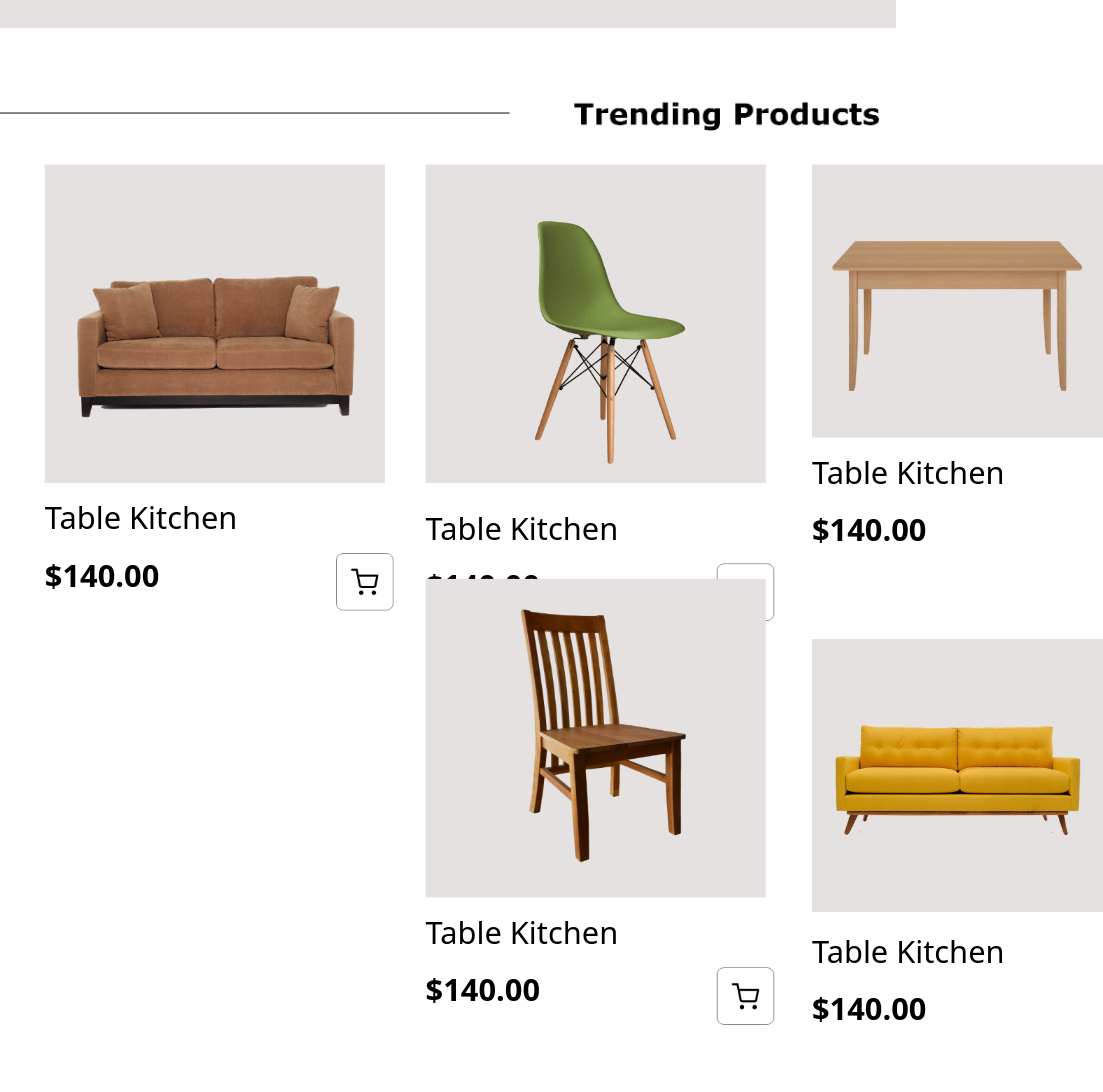
Repository: MEROO1010/creative_home
Page: /
The author's editor kept a copy of each file at every save. The page is drawn from the files as they stood at one save, then again after the next save.
The browser window is 1280 px wide. The page is 1576 px wide, so the pictures cover 1576 px, including what lies to the right of the window. The pictures show the part of the page from y = 2790 to 4350 px (the page is 4350 px tall before and 4297 px after), at 70% of full size.
The project was rebuilt for these pictures with package versions that can differ from the ones it lists, and the page was loaded fresh each time. The framework's server and built-in components were replaced by stand-ins that run in the browser. Also part of the build but not shown: next.config.js.

Above is the page before, as saved 2022-12-14 10:11:01.

### pages/_app.tsx
import '../styles/globals.css'
import type { AppProps } from 'next/app'

export default function App({ Component, pageProps }: AppProps) {
  return <Component {...pageProps} />


}

### pages/index.tsx
import styles from '../styles/Home.module.css'
import Firstsection from '../components/Firstsection'
import Chair_Sofa from '../components/Chair_Sofa'
import SpecialOffer from '../components/SpecialOffer'
import TrendingProducts from '../components/TrendingProducts'



export default function Home() {
  return (
    <div className='overflow-y-auto'>

    <div>
      <Firstsection/>

      <Chair_Sofa/>

      <SpecialOffer/>
      <TrendingProducts/>





    </div>



    </div>

  )
}

### styles/globals.css
@tailwind base;
@tailwind components;
@tailwind utilities;

@font-face {
    font-family: "verdana";
    src: url('../assets/fonts/verdana.ttf');
    font-weight: normal;
    font-style: normal;
  }

  @font-face {
    font-family: "schuyler";
    src: url('../assets/fonts/Schuyler.ttf');
    font-weight: normal;
    font-style: normal;
  }

### components/Firstsection.tsx
import React from 'react'
import Image from 'next/image'
import first_img from '../assets/images/first_img.png'


const firstsection = () => {
  return (
    <div>
      <Image src={first_img} alt={''}/>
    </div>
  )
}

export default firstsection

### components/Chair_Sofa.tsx
import React from 'react'
import Image from 'next/image'

import Title1 from '../assets/images/title1.png'
import righBtn from '../assets/images/btn-r.png'
import leftBtn from '../assets/images/btn-l.png'




const Chair_Sofa = () => {
  return (
    <div className='my-10  pb-32  static '>
     <div className='my-20 py-4'>
     <Image src={Title1} alt={''}/>
     </div>

     <div className=" absolute   	 right-10	     ">
      <Image src={righBtn} alt={''}/>
      <div className="absolute bottom-60   left-40 mx-10 my-28 bg-transparent hover:bg-gray-500 text-white  text-[32px] font-semibold hover:text-white py-2 px-4 border border-white hover:border-transparent rounded w-394 h-82   "><button>View All Products</button></div>
     </div>

     <div className=" absolute left-10  ">
      <Image src={leftBtn} alt={''}/>
      <div className="absolute bottom-60   left-20 mx-16 my-28 bg-transparent hover:bg-gray-500 text-white  text-[32px] font-semibold hover:text-white py-2 px-4 border border-white hover:border-transparent rounded w-394 h-82   "><button>View All Products</button></div>
     </div>

      <div>

      </div>

   </div>
  )
}

export default Chair_Sofa

### components/SpecialOffer.tsx
import React from 'react'
import Image from 'next/image'
import specialOffer from '../assets/images/specialOffer.png'
import sofa2 from '../assets/images/sofa2.png'
import image2 from '../assets/images/img2.png'




const SpecialOffer = () => {
  return (
    <div className='bottom-100'>
      <div className="relative bg-[#E6E1E1]  py-10    my-80  top-80    ">
        <div className=' py-4 my-4 top-20'>
          <Image src={specialOffer} alt=''/>

         </div>

         <div className='  absolute	left-80 ml-80 mt-20 pl-44  '>
          <Image src={sofa2} alt=''/>

         </div>

         <div className='static mt-40 pl-8	'>
          <Image src={image2} alt=''/>
          <button className=' relative bg-transparent hover:bg-red-500 text-[28px] text-red-700 font-semibold hover:text-white py-4 px-8 border border-red-500 hover:border-transparent rounded mx-40 my-50 bottom-40 w-80 h-20'>shop Now</button>
         </div>
    </div>
    </div>
  )
}

export default SpecialOffer

### components/TrendingProducts.tsx
import React from 'react'
import Image from 'next/image'
import Trending_Products from '../assets/images/trending-products.png'
import Shopping from  '../assets/images/shopping-btn.png'
import Tablekitchen from '../assets/images/Table_Kitchen.png'
import chair1 from '../assets/images/Chair No-arms.png'
import brownSofa from '../assets/images/Brown_Chouch.png'
import yellowsofa from '../assets/images/Yellow_Sofa.png'
import woodchair from '../assets/images/Wood_Chair.png'
import modrenchair from '../assets/images/Modern_Sofa.png'



const TrendingProducts = () => {
  return (
    <div>
     <div className='pt-24'>
        <Image src={Trending_Products} alt=''/>
     </div>

     <div >
      {/*table kitchen */}
     <div className=' absolute ml-80 mt-12 pl-80  left-80'>
       <div className='ml-36 pl-14'>
       <Image src={Tablekitchen} alt=''/>
       <h1 className='text-[44px]  mt-4  font-verdana'>Table Kitchen</h1>
       <h1 className='text-[44px]  mt-4  font-verdana font-bold'>$140.00</h1>
       <button className=' relative ml-80 my-4  pl-24 bottom-20 '><Image src={Shopping} alt=''/> </button>
       </div>
     </div>
       {/*chair noe arms */}
     <div className=' absolute ml-28 mt-12 pl-10  left-20'>
       <div className='ml-80 pl-14'>
       <Image src={chair1} alt=''/>
       <h1 className='text-[44px]  mt-4  font-verdana'>Table Kitchen</h1>
       <h1 className='text-[44px]  mt-4  font-verdana font-bold'>$140.00</h1>
       <button className=' relative ml-80 my-4  pl-24 bottom-20 '><Image src={Shopping} alt=''/> </button>
       </div>
     </div>

      {/*brown chouch */}
      <div className='absolute ml-4 mt-12 pl-2  left-70'>
       <div className='ml-10   '>
       <Image src={brownSofa} alt=''/>
       <h1 className='text-[44px]  mt-4  font-verdana'>Table Kitchen</h1>
       <h1 className='text-[44px]  mt-4  font-verdana font-bold'>$140.00</h1>
       <button className=' relative ml-80 my-4  pl-24 bottom-20 '><Image src={Shopping} alt=''/> </button>
       </div>
     </div>

     {/*yellow sofa */}
     <div className=' absolute ml-80 mt-60 pl-80 pt-40  left-80'>
       <div className='ml-36 pl-14 mt-80'>
       <Image src={yellowsofa} alt=''/>
       <h1 className='text-[44px]  mt-4  font-verdana'>Table Kitchen</h1>
       <h1 className='text-[44px]  mt-4  font-verdana font-bold'>$140.00</h1>
       <button className=' relative ml-80 my-4  pl-24 bottom-20 '><Image src={Shopping} alt=''/> </button>
       </div>
     </div>

     {/*wood chair */}
     <div className=' absolute ml-28 mt-80 pl-10  left-20'>
       <div className='ml-80 pl-14 pt-80'>
       <Image src={woodchair} alt=''/>
       <h1 className='text-[44px]  mt-4  font-verdana'>Table Kitchen</h1>
       <h1 className='text-[44px]  mt-4  font-verdana font-bold'>$140.00</h1>
       <button className=' relative ml-80 my-4  pl-24 bottom-20 '><Image src={Shopping} alt=''/> </button>
       </div>
     </div>


     </div>
    </div>
  )
}

export default TrendingProducts

### tailwind.config.js
/** @type {import('tailwindcss').Config} */
module.exports = {
  content: [
    "./pages/**/*.{js,ts,jsx,tsx}",
    "./components/**/*.{js,ts,jsx,tsx}",
  ],
  theme: {

    extend: {
      fontFamily:{
        "verdana":['../assets/fonts/verdana.ttf'],
        "schuyler":['../assets/fonts/Schuyler.ttf']
      }
    },
  },
  plugins: [],
}

After the next save:
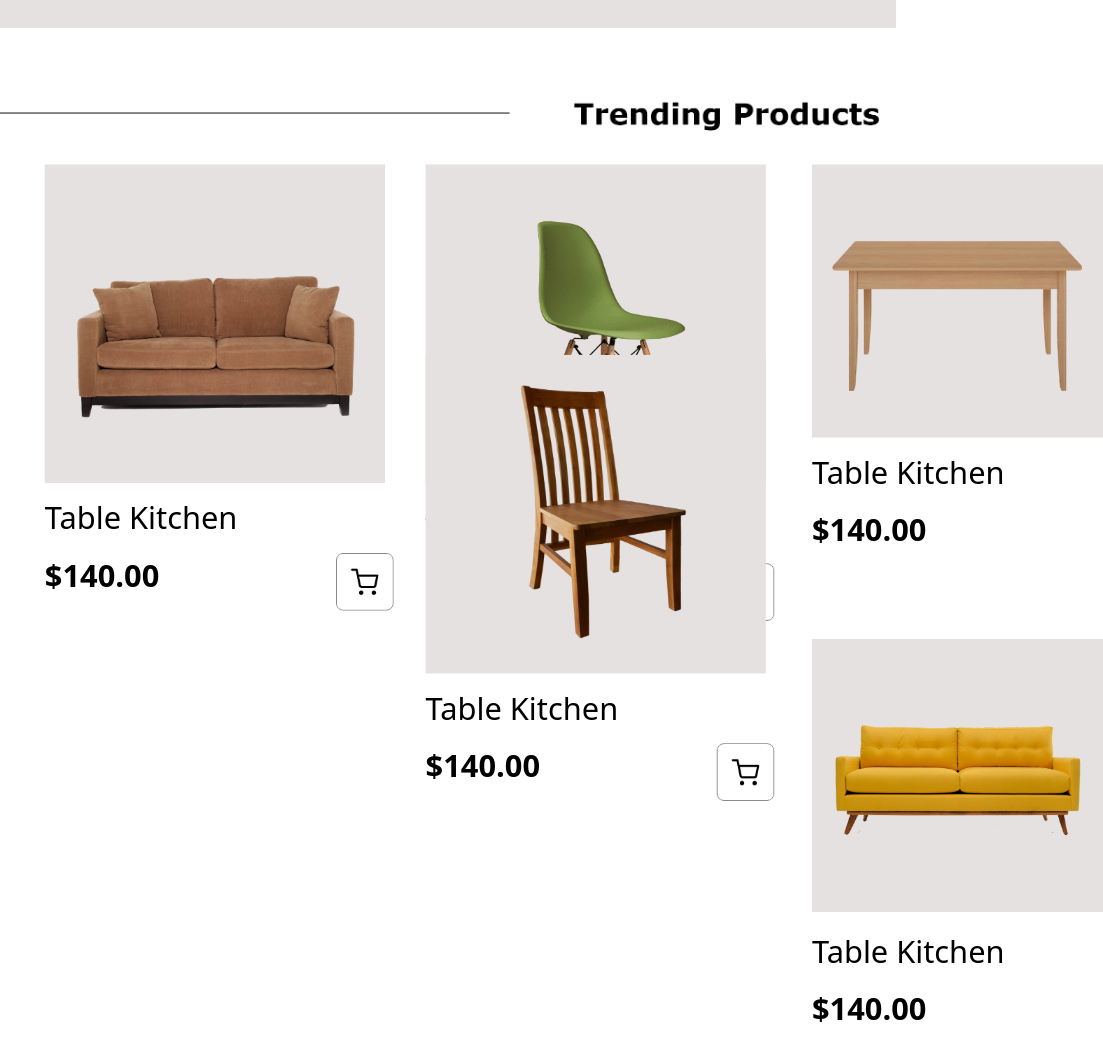
Saved 12 s later.
--- a/components/TrendingProducts.tsx
+++ b/components/TrendingProducts.tsx
@@ -60,7 +60,7 @@
 
      {/*wood chair */}
      <div className=' absolute ml-28 mt-80 pl-10  left-20'>
-       <div className='ml-80 pl-14 pt-80'>
+       <div className='ml-80 pl-14 '>
        <Image src={woodchair} alt=''/>
        <h1 className='text-[44px]  mt-4  font-verdana'>Table Kitchen</h1>
        <h1 className='text-[44px]  mt-4  font-verdana font-bold'>$140.00</h1>

After the save that followed:
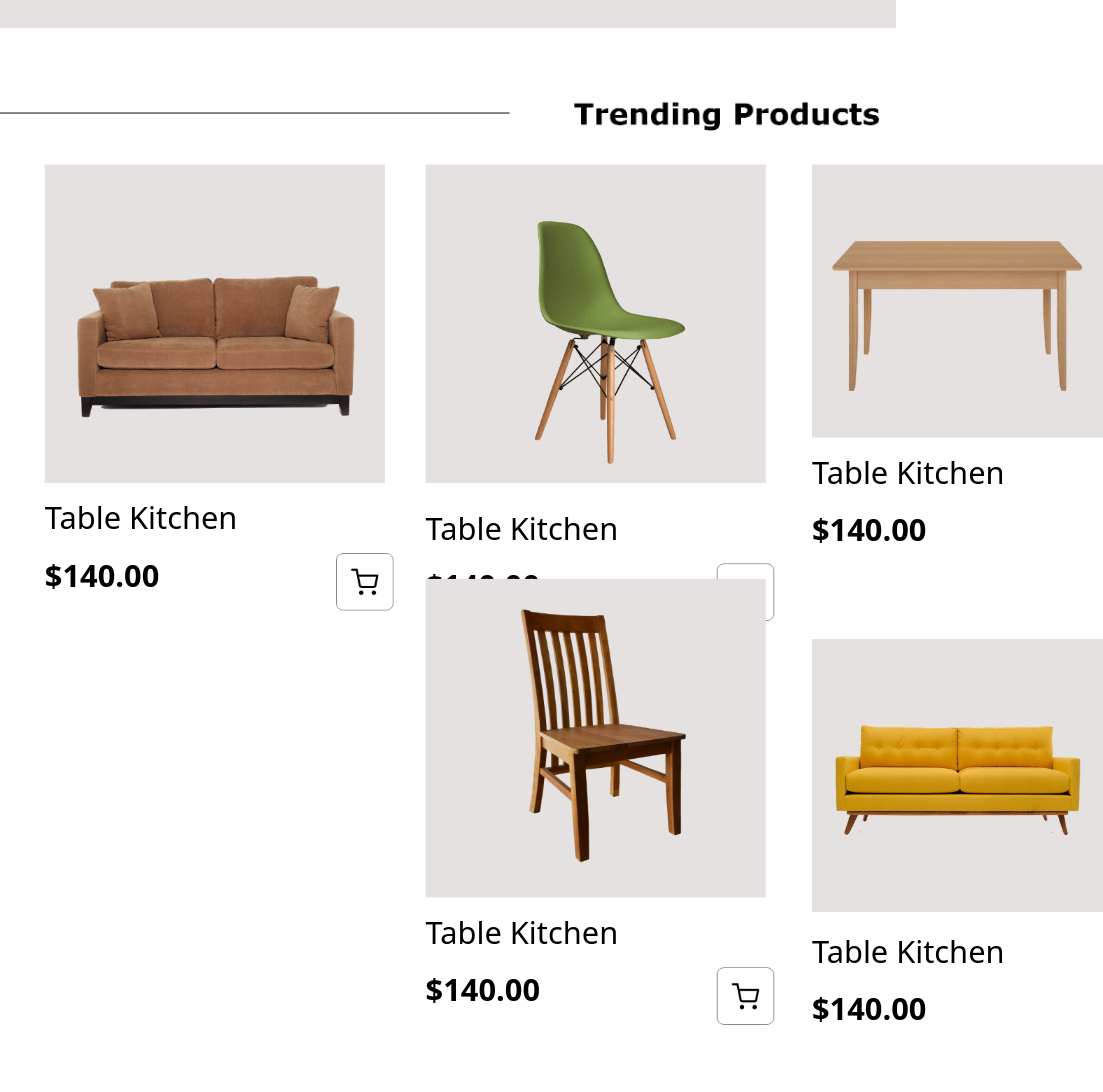
Saved 6 s later.
--- a/components/TrendingProducts.tsx
+++ b/components/TrendingProducts.tsx
@@ -60,7 +60,7 @@
 
      {/*wood chair */}
      <div className=' absolute ml-28 mt-80 pl-10  left-20'>
-       <div className='ml-80 pl-14 '>
+       <div className='ml-80 pl-14 pt-80'>
        <Image src={woodchair} alt=''/>
        <h1 className='text-[44px]  mt-4  font-verdana'>Table Kitchen</h1>
        <h1 className='text-[44px]  mt-4  font-verdana font-bold'>$140.00</h1>
